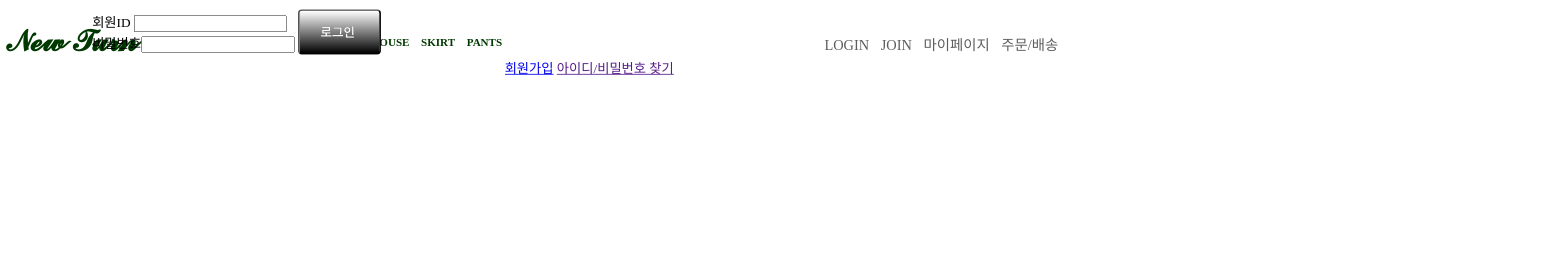
Repository: won0108/Port-Folio
Page: Creating_Homepage/Shopping/WebContent/Login.html
The author's editor kept a copy of each file at every save. The page is drawn from the files as they stood at one save, then again after the next save.
The browser window is 1280 px wide. The page is 1872 px wide, so the pictures cover 1872 px, including what lies to the right of the window. The pictures show the whole page, at 83% of full size.

Above is the page before, as saved 2020-12-03 06:50:21.

After the next save:
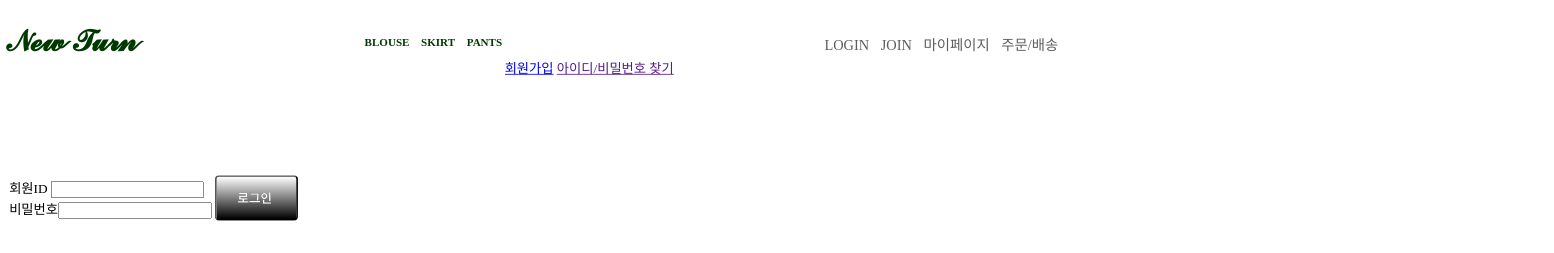
Saved 64 s later.
--- a/Creating_Homepage/Shopping/WebContent/Login.html
+++ b/Creating_Homepage/Shopping/WebContent/Login.html
@@ -89,7 +89,7 @@ border-radius:5px;
 			<li><a href="pants.html">PANTS</a></li>
 		</ul>
 	</div>
-  	<table style="position: relative; left: 100px;">
+  	<table style="position:relative; top: 200px;">
 	  	<tr>
 	  		<td>회원ID <input type="text" name="id">
 	  		<br>비밀번호<input type="password" name="pass"></td>
